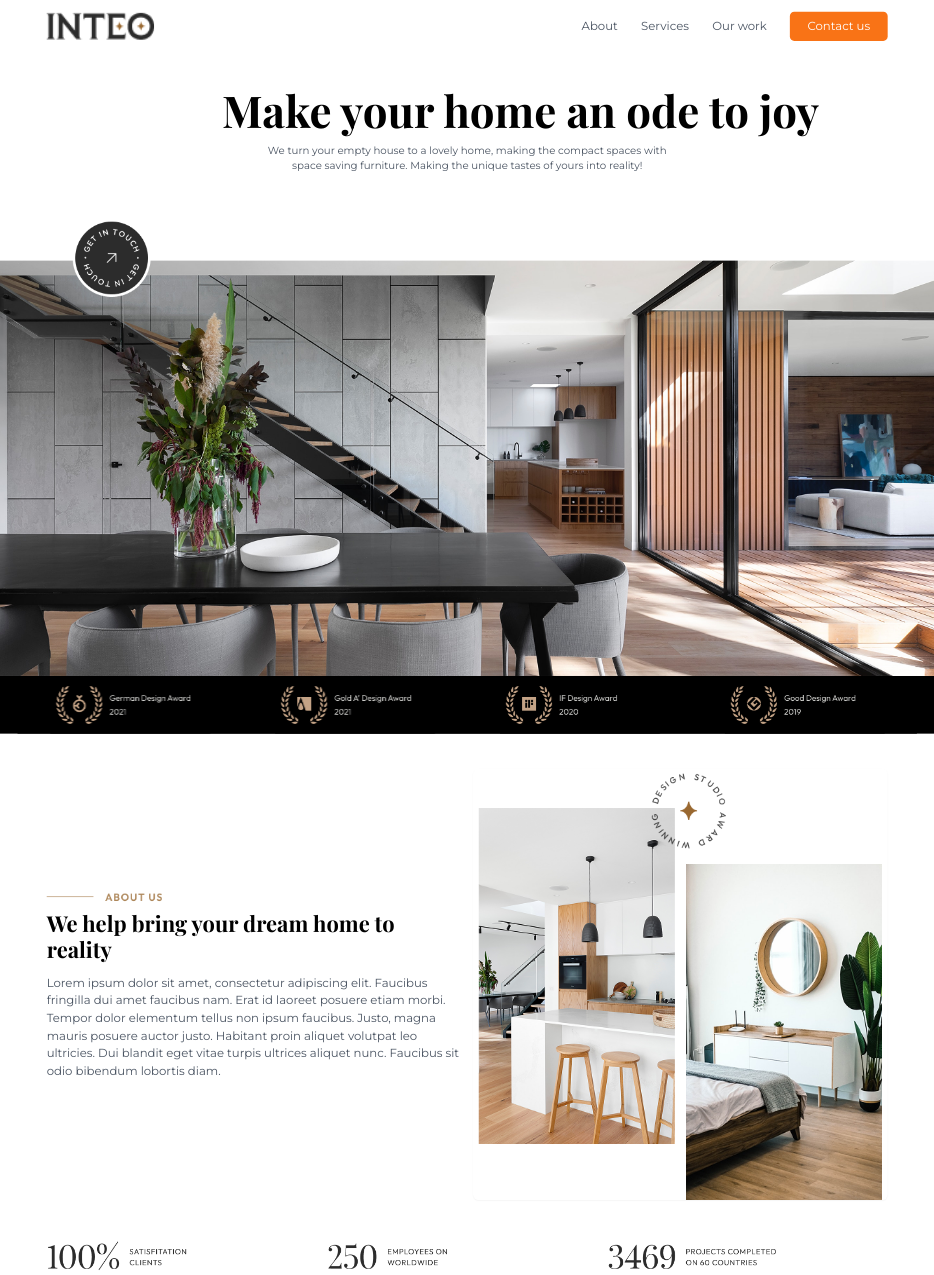
Repository: CatherinneJ/responsive-tailwind-website
Page: tailwind.html
These files come from the project's save history. The page is drawn as it stood at one moment and after the next save; the edit follows.
The browser window is 1280 px wide. The pictures show the whole page, at 73% of full size.
Some web libraries are served in a nearby version.

Above is the page before, as saved 2025-05-21 20:41:09.

### tailwind.html
<!DOCTYPE html>
<html lang="en">

<head>
    <meta charset="UTF-8">
    <meta name="viewport" content="width=device-width, initial-scale=1.0">
    <title>NTEO - Make your home an ode to joy</title>
    <script src="https://cdn.tailwindcss.com"></script>
    <link
        href="https://fonts.googleapis.com/css2?family=Playfair+Display:wght@400;700&family=Montserrat:wght@300;400;500;600&display=swap"
        rel="stylesheet">
        <link
    rel="stylesheet"
    href="https://cdnjs.cloudflare.com/ajax/libs/animate.css/4.1.1/animate.min.css"
  />
    <style>
        .font-playfair {
            font-family: 'Playfair Display', serif;
        }

        body {
            font-family: 'Montserrat', sans-serif;
        }
    </style>
</head>

<body class="bg-white">
    <header class="py-3 px-4 sm:py-4 sm:px-6 lg:px-16">
        <nav class="flex justify-between items-center">
            <img src="./Assets/Logo.png" alt="logo" class="h-8 sm:h-10">
            <ul class="flex space-x-4 sm:space-x-6 md:space-x-8 items-center">
                <li class="hidden sm:inline-block text-gray-600 hover:text-black text-sm sm:text-base">About</li>
                <li class="hidden sm:inline-block text-gray-600 hover:text-black text-sm sm:text-base">Services</li>
                <li class="hidden md:inline-block text-gray-600 hover:text-black text-sm sm:text-base">Our work</li>
                <li
                    class="bg-orange-500 text-white px-4 py-1 sm:px-6 sm:py-2 rounded-md hover:bg-orange-600 text-sm sm:text-base transition: background-color 2s ease;">
                    Contact us</li>
            </ul>
        </nav>
    </header>
    <section
        class="flex flex-col items-center justify-center px-4 sm:px-6 lg:px-16 pt-6 pb-3 sm:pt-8 sm:pb-4 md:pt-12 md:pb-8 text-center">
        <h1
            class="text-3xl sm:text-4xl md:text-5xl lg:text-6xl font-bold whitespace-normal sm:whitespace-nowrap font-playfair mb-3 sm:mb-4 max-w-2xl">
            Make your home an ode to joy
        </h1>

        <p class="text-base sm:text-lg md:text-sm text-gray-600 mb-6 sm:mb-8 max-w-md sm:max-w-xl">
            We turn your empty house to a lovely home, making the compact spaces with space saving furniture. Making the
            unique tastes of yours into reality!
        </p>
    </section>

    <section class="mt-0">
        <img src="./Assets/Creative.png" class="w-full sm:whitespace-wrap" alt="Creative">
    </section>

    <section id="awards" class=" bg-black mt-0 sm:px-6">
        <div class="grid grid-cols-1 md:grid-cols-2 bg-black lg:grid-cols-4 gap-4 px-2 bg-black">

            <img src="./Assets/Awards1.png" class="w-2/3 sm:w-2/3 md:w-3/5 lg:w-3/4 mx-auto bg-black p-2 animate__animated animate__bounce" style="animation-duration: 2s;"
                alt="award1">
            <img src="./Assets/Awards 2.png" class="w-2/3 sm:w-2/3 md:w-3/5 lg:w-3/4 mx-auto bg-black p-2 animate__animated animate__bounce" style="animation-duration: 1.75s;"
                alt="award2">
            <img src="./Assets/Awards 3.png" class="w-2/3 sm:w-2/3 md:w-3/5 lg:w-3/4 mx-auto bg-black p-2 animate__animated animate__bounce" style="animation-duration: 1.5s;"
                alt="award3">
            <img src="./Assets/Awards 4.png" class="w-2/3 sm:w-2/2 md:w-3/5 lg:w-3/4 mx-auto bg-black p-2 animate__animated animate__bounce" style="animation-duration: 1.2s;"
                alt="award4">

        </div>
    </section>

    <section class="flex flex-col md:flex-row items-center gap-3 sm:gap-4 px-4 sm:px-6 lg:px-16 py-6 sm:py-8 md:py-12 animate__backInLeft" style="animation-duration: 2s;">
        <div class="md:w-1/2 order-2 md:order-1 mt-4 md:mt-0">

            <img src="./Assets/Eyebrow.png" class="mb-2 h-6 sm:h-4 md:h-5" alt="About us">

            <h2 class="text-xl sm:text-2xl md:text-3xl font-playfair font-bold mb-3 sm:mb-4">
                We help bring your dream home to reality
            </h2>
            <p class="text-gray-600 text-sm sm:text-base">
                Lorem ipsum dolor sit amet, consectetur adipiscing elit. Faucibus fringilla dui amet faucibus nam. Erat
                id laoreet posuere etiam morbi. Tempor dolor elementum tellus non ipsum faucibus. Justo, magna mauris
                posuere auctor justo. Habitant proin aliquet volutpat leo ultricies. Dui blandit eget vitae turpis
                ultrices aliquet nunc. Faucibus sit odio bibendum lobortis diam.
            </p>
        </div>
        <div class="md:w-1/2 order-1 md:order-2">
            <img src="./Assets/Section.png" alt="Home design" class="w-full rounded-lg shadow-sm">
        </div>
    </section>
    <search>
        <h3>
            <ul class="flex flex-wrap justify-center md:flex-nowrap">
                <li><img src="./Assets/Metric Item.png" class="w-2/3 sm:w-2/2 md:w-3/5 lg:w-3/4" alt="metric1"></li>
                <li><img src="./Assets/Metric Item (1).png" class="w-2/3 sm:w-2/2 md:w-3/5 lg:w-3/4" alt="metric2"></li>
                <li><img src="./Assets/Metric Item (2).png" class="w-2/3 sm:w-2/2 md:w-3/5 lg:w-3/4" alt="metric3"></li>
            </ul>
        </h3>
    </search>
</body>

</html>

After the next save:
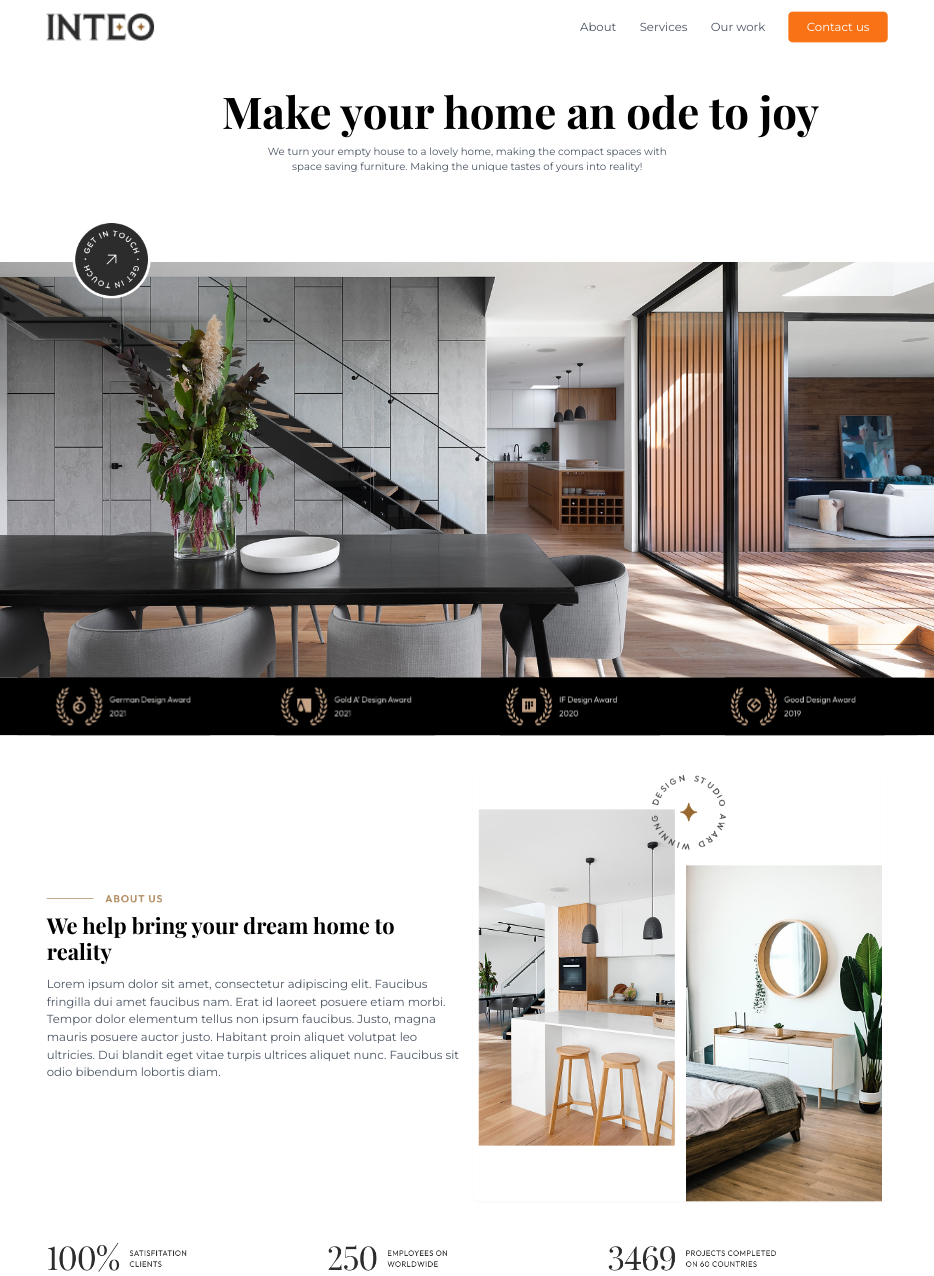
Saved 2 min 26 s later.
--- a/tailwind.html
+++ b/tailwind.html
@@ -32,9 +32,11 @@
                 <li class="hidden sm:inline-block text-gray-600 hover:text-black text-sm sm:text-base">About</li>
                 <li class="hidden sm:inline-block text-gray-600 hover:text-black text-sm sm:text-base">Services</li>
                 <li class="hidden md:inline-block text-gray-600 hover:text-black text-sm sm:text-base">Our work</li>
-                <li
-                    class="bg-orange-500 text-white px-4 py-1 sm:px-6 sm:py-2 rounded-md hover:bg-orange-600 text-sm sm:text-base transition: background-color 2s ease;">
-                    Contact us</li>
+               <li class="bg-orange-500 text-white px-4 py-1 sm:px-6 sm:py-2 rounded-md
+           hover:bg-transparent hover:text-orange-500 border border-orange-500
+           transition-colors duration-700 ease-in-out text-sm sm:text-base">
+  Contact us
+</li>
             </ul>
         </nav>
     </header>
